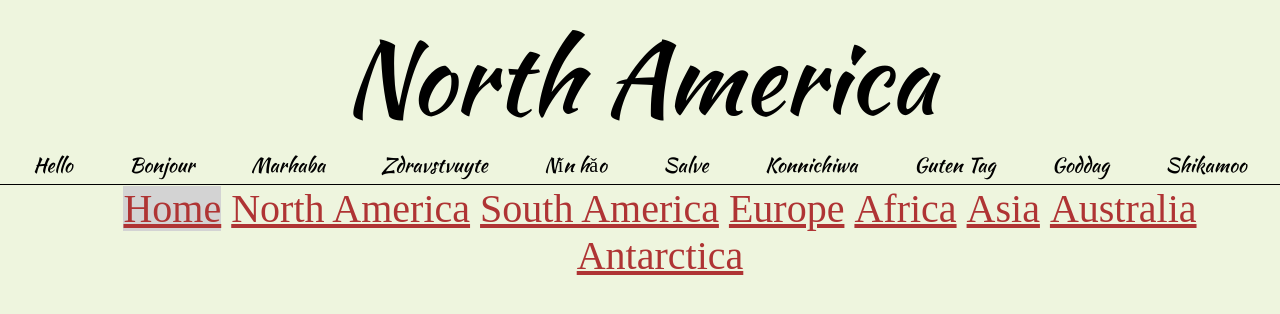
Repository: alharama/StaticWebsite
Page: na_page.html
The author's editor kept a copy of each file at every save. The page is drawn from the files as they stood at one save, then again after the next save.
The browser window is 1280 px wide. The pictures show the whole page.
The first visible `.top_nav a` is being pressed.

Above is the page before, as saved 2021-09-20 21:19:46.

### na_page.html
<!DOCTYPE html>
<html>
<head>

    <title> North America </title>

    <style>

        @import url('https://fonts.googleapis.com/css2?family=Kaushan+Script&display=swap');

        header {
            text-align: center;
            padding: 5px;
            font-family: 'Kaushan Script', cursive;
            font-size: 100px;
            border-bottom: 1px solid;

        }

        body{
            background: rgb(238, 245, 222);
            margin: 0px;
        }

        .top_nav {
            width: 100%;
            font-size: 40px;
            text-align: center;
            color: red;

        }

        .top_nav ul {
            margin: 0px;
            color: blue;
        }

        .top_nav li {
            display: inline-block;

        }

        .top_nav a {
            text-decoration:underline;
            color: rgb(175, 52, 52);

        }

        .top_nav a:hover {
            background-color: lightgray;
        }


        #languages{

            display: flex;
            font-size: 20px;
            justify-content:space-around;
        }


    </style>

</head>

    <header>
        North America


        <div id="languages">
            <span>Hello</span>
            <span>Bonjour</span>
            <span>Marhaba</span>
            <span>Zdravstvuyte</span>
            <span>Nǐn hǎo</span>
            <span>Salve</span>
            <span>Konnichiwa</span>
            <span>Guten Tag</span>
            <span>Goddag</span>
            <span>Shikamoo</span>
        </div>
    </header>

    <body>

        <nav class="top_nav">
            <ul id="top_nav">
                <li><a href="/index.html">Home</a></li>
                <li><a href="/na_page.html">North America</a></li>
                <li><a href="/sa_page.html">South America</a></li>
                <li><a href="/eu_page.html">Europe</a></li>
                <li><a href="/af_page.html">Africa</a></li>
                <li><a href="/as_page.html">Asia</a></li>
                <li><a href="/au_page.html">Australia</a></li>
                <li><a href="/ant_page.html">Antarctica</a></li>
            </ul>
        </nav>








    </body>

</html>

After the next save:
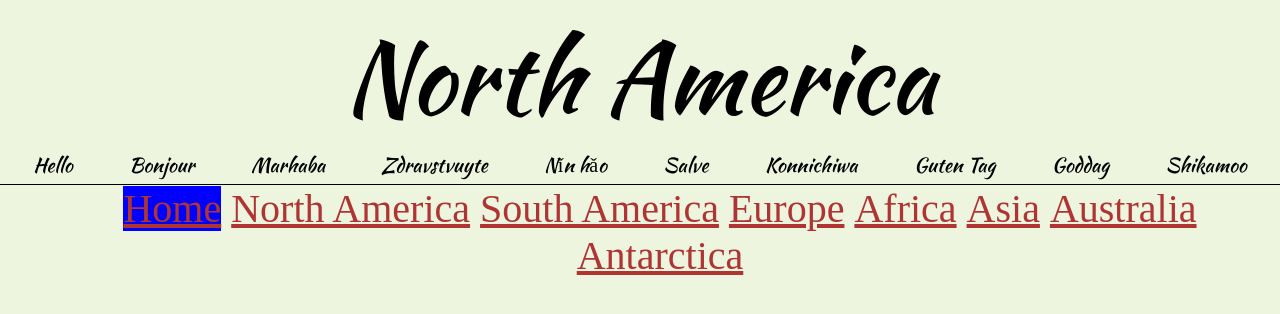
Saved 32 s later.
--- a/na_page.html
+++ b/na_page.html
@@ -48,6 +48,10 @@
 
         .top_nav a:hover {
             background-color: lightgray;
+        }
+
+        .top_nav a:active {
+            background-color: blue;
         }
 
 

After the save that followed:
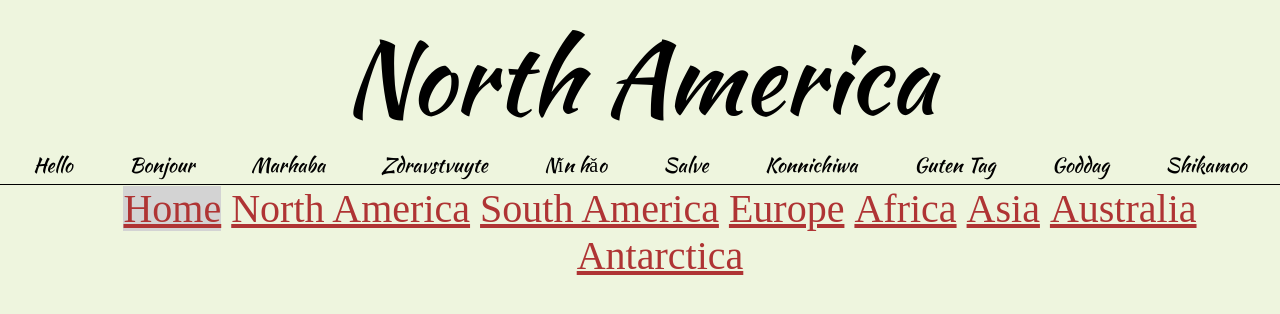
Saved 14 s later.
--- a/na_page.html
+++ b/na_page.html
@@ -48,10 +48,6 @@
 
         .top_nav a:hover {
             background-color: lightgray;
-        }
-
-        .top_nav a:active {
-            background-color: blue;
         }
 
 
